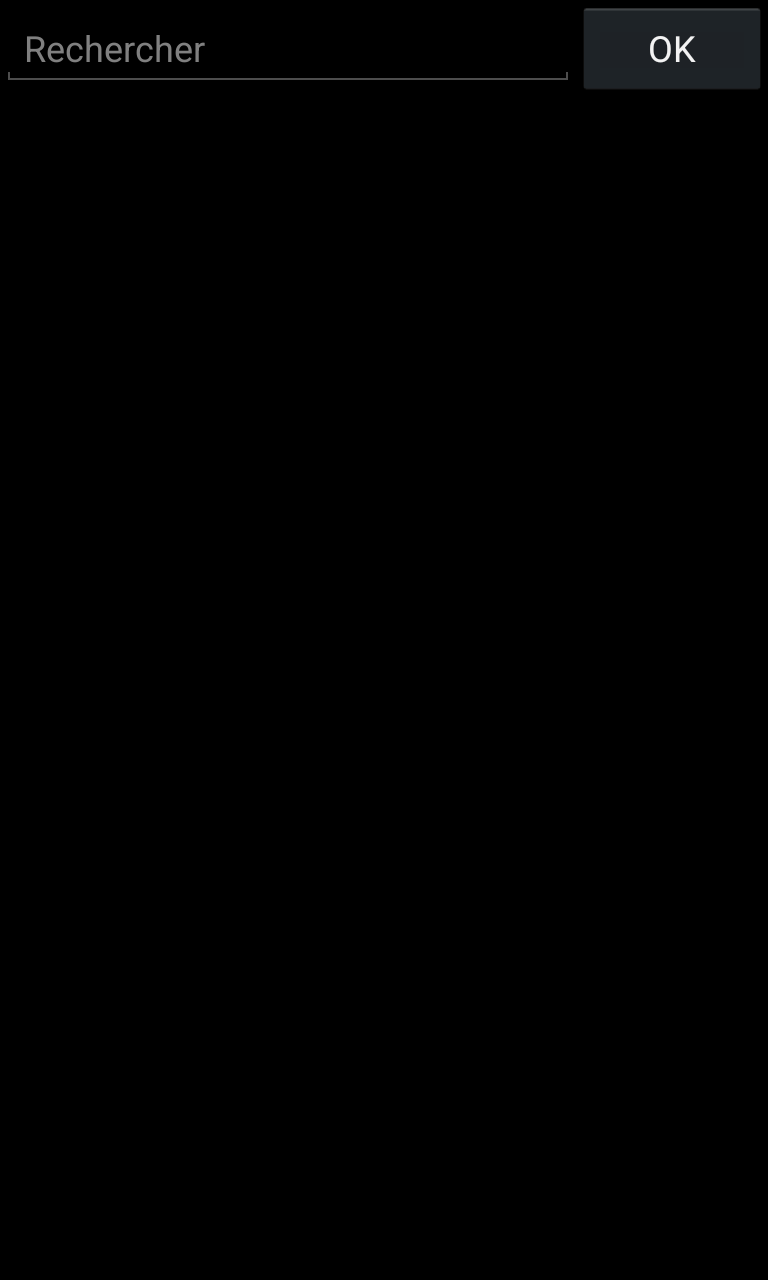
Repository: hardi89/Filmdroid
Layout: droidfilm/res/layout/main.xml
The author's editor kept a copy of each file at every save. The layout is drawn from the files as they stood at one save, then again after the next save.
It is drawn on a 768 x 1280 px phone screen (xhdpi) without system bars, with theme android:Theme.Holo; the app's code is not run. Lists and similar views that code fills are empty.

Above is the layout before, as saved 2014-07-16 19:21:51.

### droidfilm/res/layout/main.xml
<?xml version="1.0" encoding="utf-8"?>
<LinearLayout xmlns:android="http://schemas.android.com/apk/res/android"
    android:layout_width="match_parent"
    android:layout_height="match_parent"
    android:orientation="vertical"
    style="@style/margin10">"
  <LinearLayout
        android:layout_height="wrap_content"
        android:layout_width="match_parent"
        android:orientation="horizontal">
        <EditText
            android:id="@+id/search"
            android:layout_width="0dp"
            android:layout_height="wrap_content"
            android:layout_weight="75"
            android:hint="Rechercher"
            />
        <Button
            android:layout_width="0dp"
            android:layout_height="wrap_content"
            android:layout_weight="25"
            android:text="OK"
            android:onClick="search"
            />
    </LinearLayout>

    <ListView
        android:id="@+id/listviewperso"
        android:layout_width="match_parent"
        android:layout_height="match_parent" />

</LinearLayout>

### droidfilm/res/values/styles.xml
<resources>

   <style name="margin10">
	<item name="android:layout_margin">10dp</item>
</style>


</resources>

After the next save:
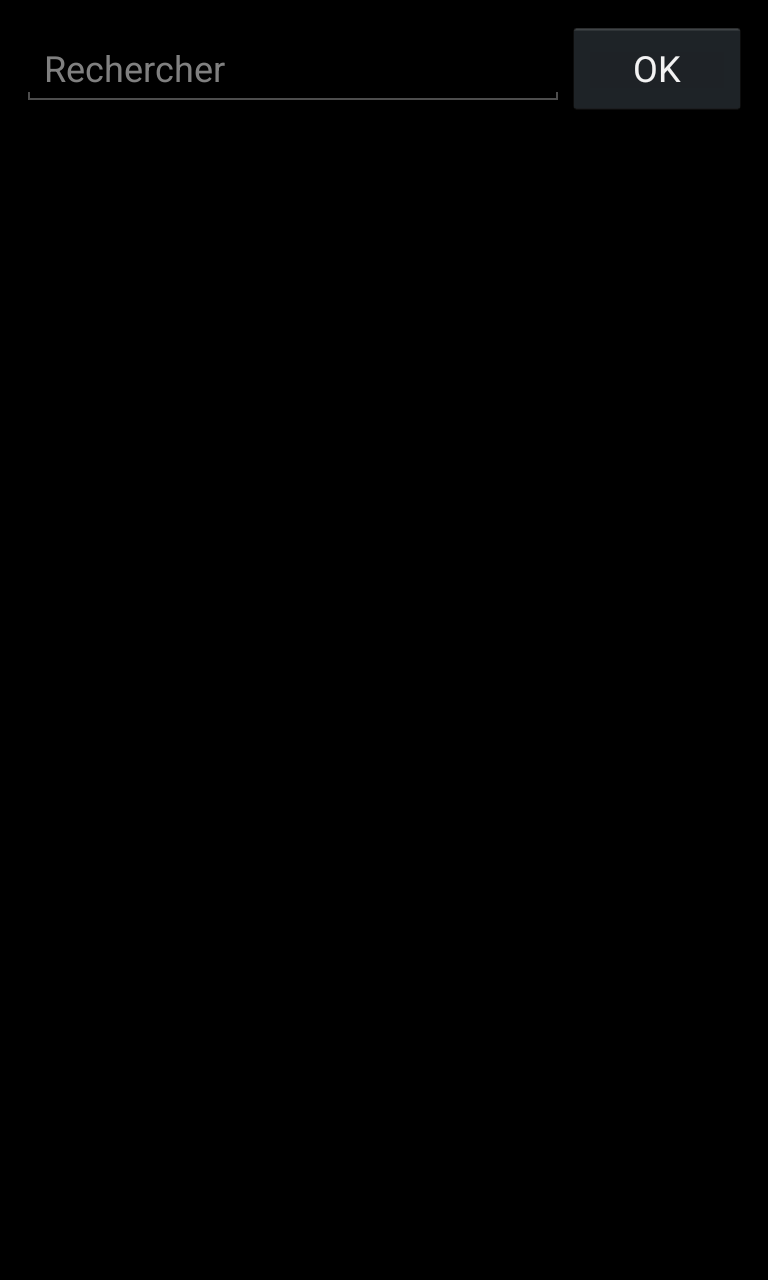
Saved 4 min 9 s later.
--- a/droidfilm/res/layout/main.xml
+++ b/droidfilm/res/layout/main.xml
@@ -1,32 +1,41 @@
 <?xml version="1.0" encoding="utf-8"?>
-<LinearLayout xmlns:android="http://schemas.android.com/apk/res/android"
-    android:layout_width="match_parent"
-    android:layout_height="match_parent"
-    android:orientation="vertical"
-    style="@style/margin10">"
-  <LinearLayout
-        android:layout_height="wrap_content"
+<TabHost xmlns:android="http://schemas.android.com/apk/res/android"
+    android:id="@android:id/tabhost"
+    android:layout_width="fill_parent"
+    android:layout_height="fill_parent" >
+
+    <LinearLayout
+        xmlns:android="http://schemas.android.com/apk/res/android"
+        style="@style/margin10"
         android:layout_width="match_parent"
-        android:orientation="horizontal">
-        <EditText
-            android:id="@+id/search"
-            android:layout_width="0dp"
+        android:layout_height="match_parent"
+        android:orientation="vertical" >
+"
+
+        <LinearLayout
+            android:layout_width="match_parent"
             android:layout_height="wrap_content"
-            android:layout_weight="75"
-            android:hint="Rechercher"
-            />
-        <Button
-            android:layout_width="0dp"
-            android:layout_height="wrap_content"
-            android:layout_weight="25"
-            android:text="OK"
-            android:onClick="search"
-            />
+            android:orientation="horizontal" >
+
+            <EditText
+                android:id="@+id/search"
+                android:layout_width="0dp"
+                android:layout_height="wrap_content"
+                android:layout_weight="75"
+                android:hint="Rechercher" />
+
+            <Button
+                android:layout_width="0dp"
+                android:layout_height="wrap_content"
+                android:layout_weight="25"
+                android:onClick="search"
+                android:text="OK" />
+        </LinearLayout>
+
+        <ListView
+            android:id="@+id/listviewperso"
+            android:layout_width="match_parent"
+            android:layout_height="match_parent" />
     </LinearLayout>
 
-    <ListView
-        android:id="@+id/listviewperso"
-        android:layout_width="match_parent"
-        android:layout_height="match_parent" />
-
-</LinearLayout>
+</TabHost>
